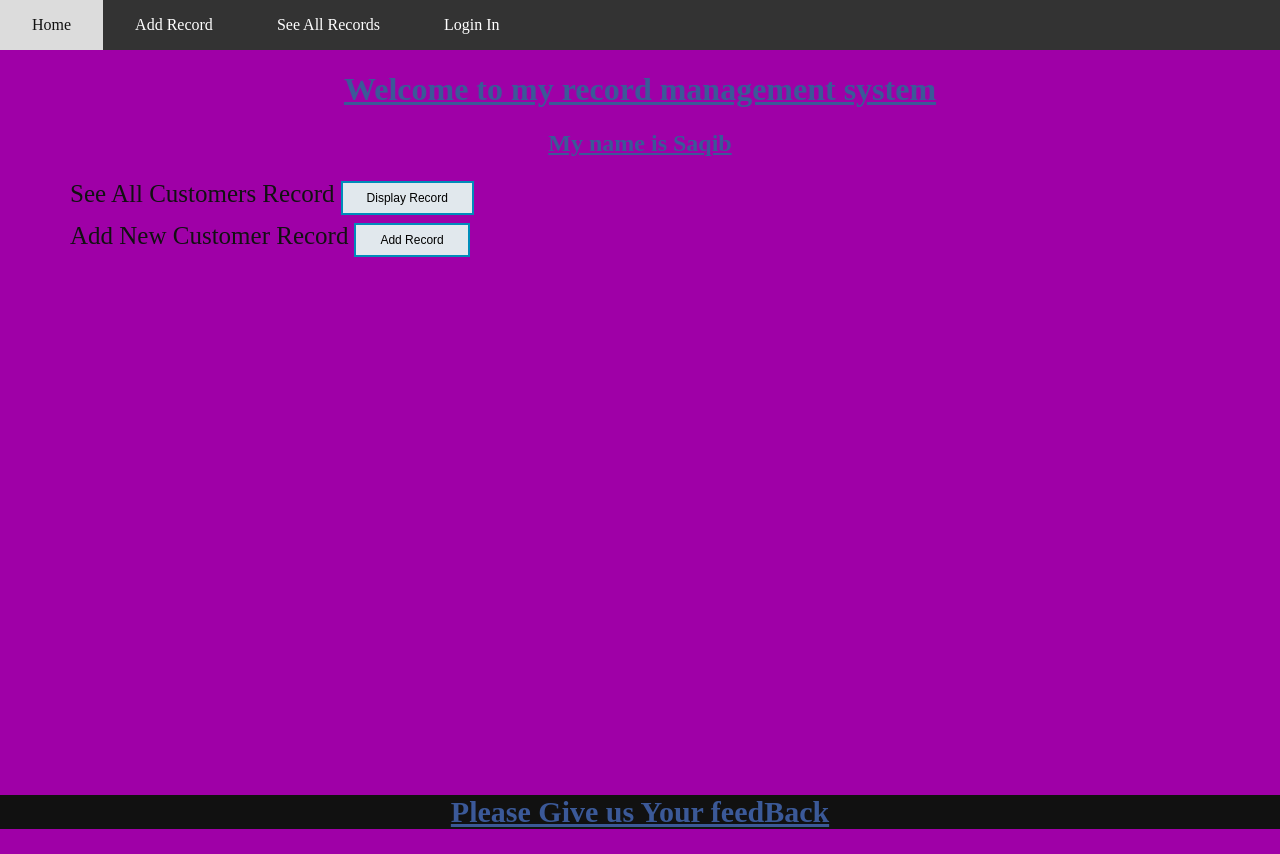
Repository: MUHAMMAD-SAQIB-2000/SpringBoot
Page: http://localhost/WebServiceRecordManagementSystem/home.jsp
These files come from the project's save history. The page is drawn as it stood at one moment and after the next save; the edit follows.
The browser window is 1280 px wide. The pictures show the whole page.
The page is served by Tomcat 9. Other server files are loaded and not shown.

Above is the page before, as saved 2020-08-12 13:45:08.

### WebServiceRecordManagementSystem/src/main/webapp/home.jsp
<%@ page language="java" contentType="text/html; charset=ISO-8859-1"
	pageEncoding="ISO-8859-1"%>
<!DOCTYPE html>
<html>
<head>
<meta charset="ISO-8859-1">
<title>Record Management System</title>
<link rel="stylesheet" href="style.css">
</head>
<body>
	<div>
		<ul>
			<li><a class="active" href="#home">Home</a></li>
			<li><a href="#news">Add Record</a></li>
			<li><a href="#contact">See All Records</a></li>
			<li><a href="#about">Login In</a></li>
		</ul>
	</div>

	<div class="mainBody">

		<h1 class="h">Welcome to my record management system</h1>
		<h2 class="h">My name is Saqib</h2>
		<div class="form">
			<label class="title">See All Customers Record</label>
			<button class="button button2"
				onclick="window.location.href = 'displayAllCustomers' ">Display
				Record</button>
			<br> <label class="title">Add New Customer Record</label>
			<button class="button button2"
				onclick="window.location.href = 'addCustomerForm' ">Add
				Record</button>
		</div>
	</div>
	<footer class="foter">
		<h2 class="h">Please Give us Your feedBack</h2>
	</footer>
</body>
</html>

### WebServiceRecordManagementSystem/src/main/webapp/style.css
@charset "ISO-8859-1";

body {
	margin: 0px;
	padding: 0px;
	background-color:#9f00a7;
}

ul {
	list-style-type: none;
	margin: 0;
	padding: 0;
	overflow: hidden;
	background-color: #333;
	position: fixed;
	top: 0;
	width: 100%;
}

li {
	float: left;
}

li a {
	display: block;
	color: white;
	text-align: center;
	padding: 16px 32px;
	text-decoration: none;
	font-size:16px;
}

li a:hover {
	background-color: 	#DCDCDC;
	color:#111;
}

.active {
	background-color: #4CAF50;
}
.mainBody{
	padding: 20px 20px;
	margin-top:30px;
	height:700px;
}

.h {
	color: #3B5998;
	text-align: center;
	text-decoration: underline;
}

table, th, td {
	background-color: #E1E8ED;
	color: #111;
	text-align: center;
	border: 2px solid #008CBA;
	margin: 10px;
	padding: 5px;
}

th:hover, td:hover {
	border: 2px solid #111;
	background-color: #008CBA;
	color: white;
	transition-duration: 0.4s;
}

.tableCSS {
	background-color: #E1E8ED;
	color: #111;
	margin: 5% 22%;
}

.button {
	border: none;
	color: white;
	padding: 8px 24px;
	text-align: center;
	text-decoration: none;
	display: inline-block;
	font-size: 12px;
	margin: 4px 2px;
	transition-duration: 0.4s;
	cursor: pointer;
}

.button2 {
	background-color: #E1E8ED;
	color: black;
	border: 2px solid #008CBA;
}

.button2:hover {
	background-color: #008CBA;
	color: white;
}

.form {
	text-align: left;
	margin-left: 50px;
}

form {
	width: 100%;
	padding: 12px 20px;
	margin: 8px 0;
	box-sizing: border-box;
}

.title {
	font-size: 25px;
	color: #111;
}

.inputForm {
	width: 30%;
	padding: 10px 18px;
	margin: 6px 0;
	box-sizing: border-box;
	background-color: #F7F7F7;
	color: #111;
}

radiobutton {
	size: 10px;
}

option:hover {
	background-color: #008CBA;
	color: white;
}

a {
	text-decoration: none;
	color: #111;
}

a:hover {
	color: #fff;
	font-size: 16px;
}
.foter{
	background-color: #111;
	color:#fff;
	font-size:20px;
}

After the next save:
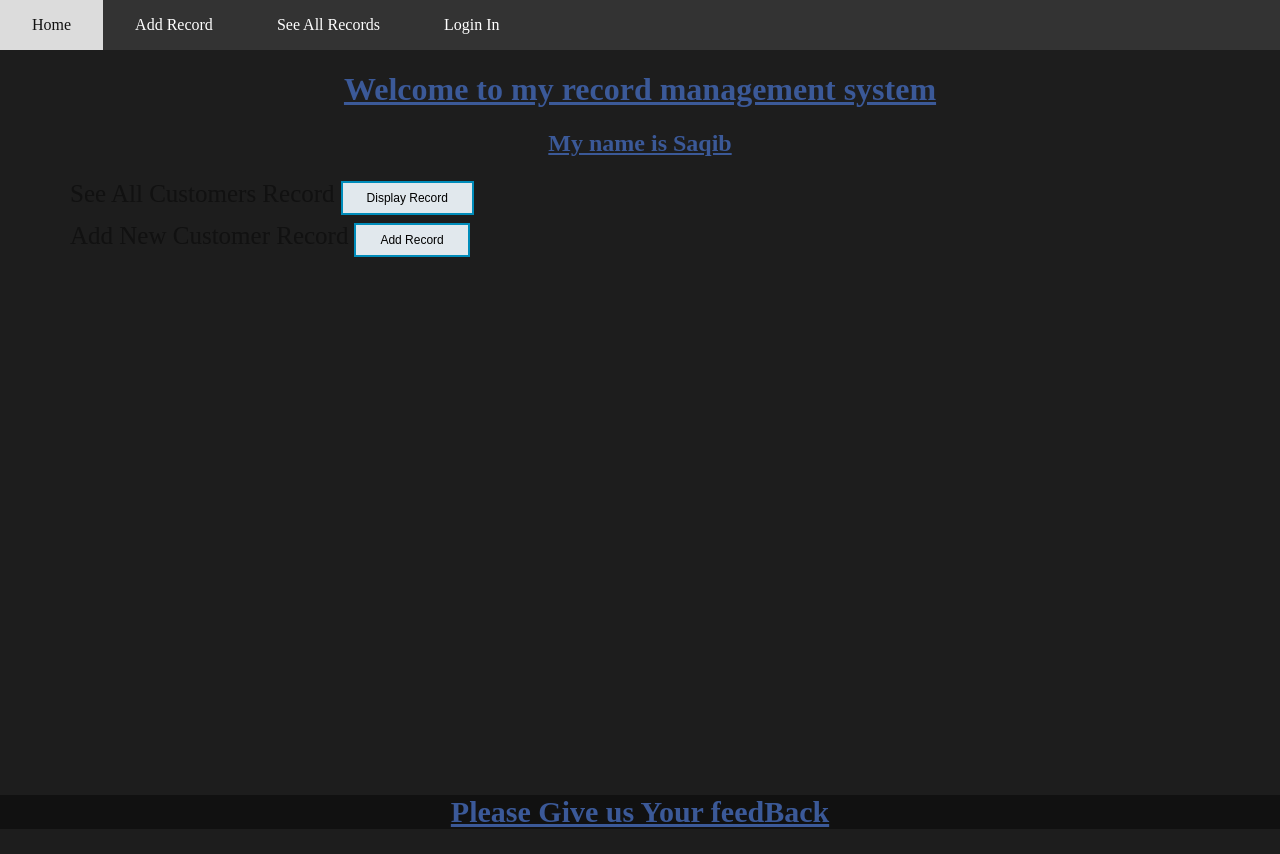
Saved 22 s later.
--- a/WebServiceRecordManagementSystem/src/main/webapp/style.css
+++ b/WebServiceRecordManagementSystem/src/main/webapp/style.css
@@ -3,7 +3,7 @@
 body {
 	margin: 0px;
 	padding: 0px;
-	background-color:#9f00a7;
+	background-color:#1d1d1d;
 }
 
 ul {
